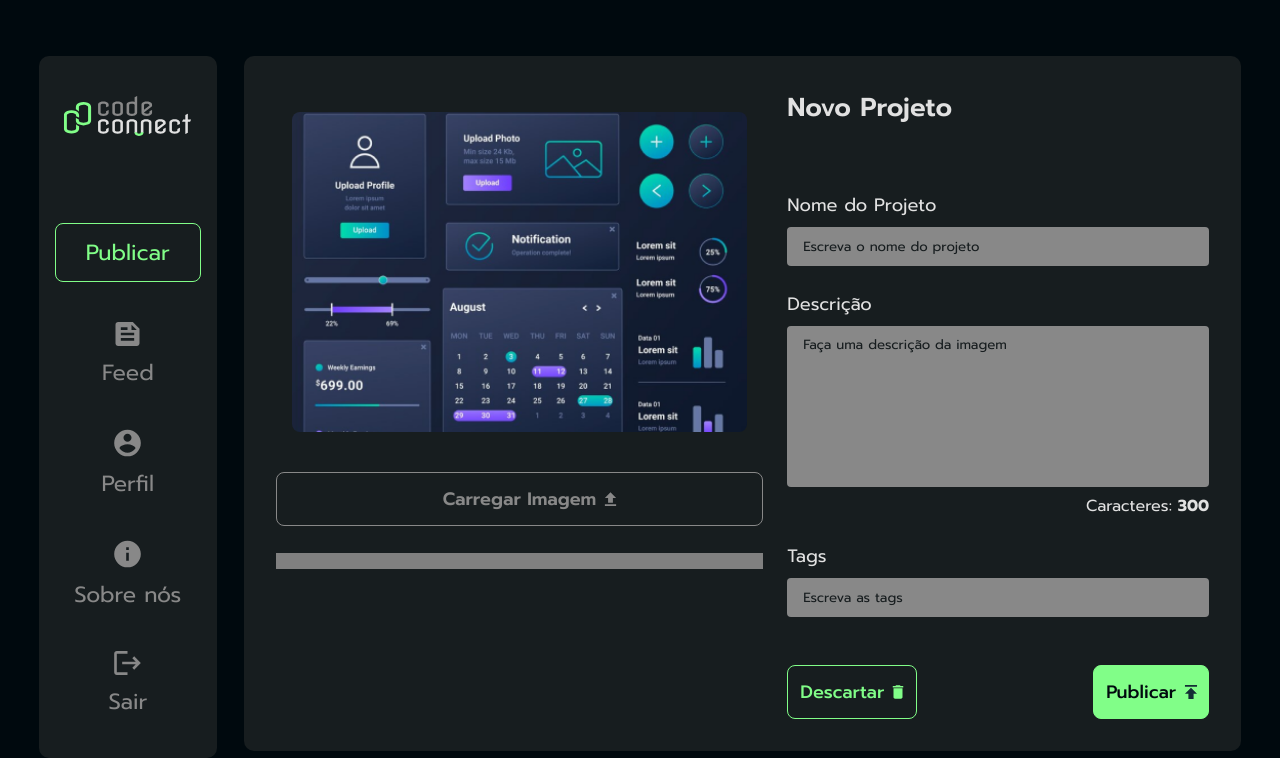
Repository: joaoPraiaJunior/async_await
Page: index.html
The author's editor kept a copy of each file at every save. The page is drawn from the files as they stood at one save, then again after the next save.
The browser window is 1280 px wide. The pictures show the whole page.

Above is the page before, as saved 2024-08-29 20:52:48.

After the next save:
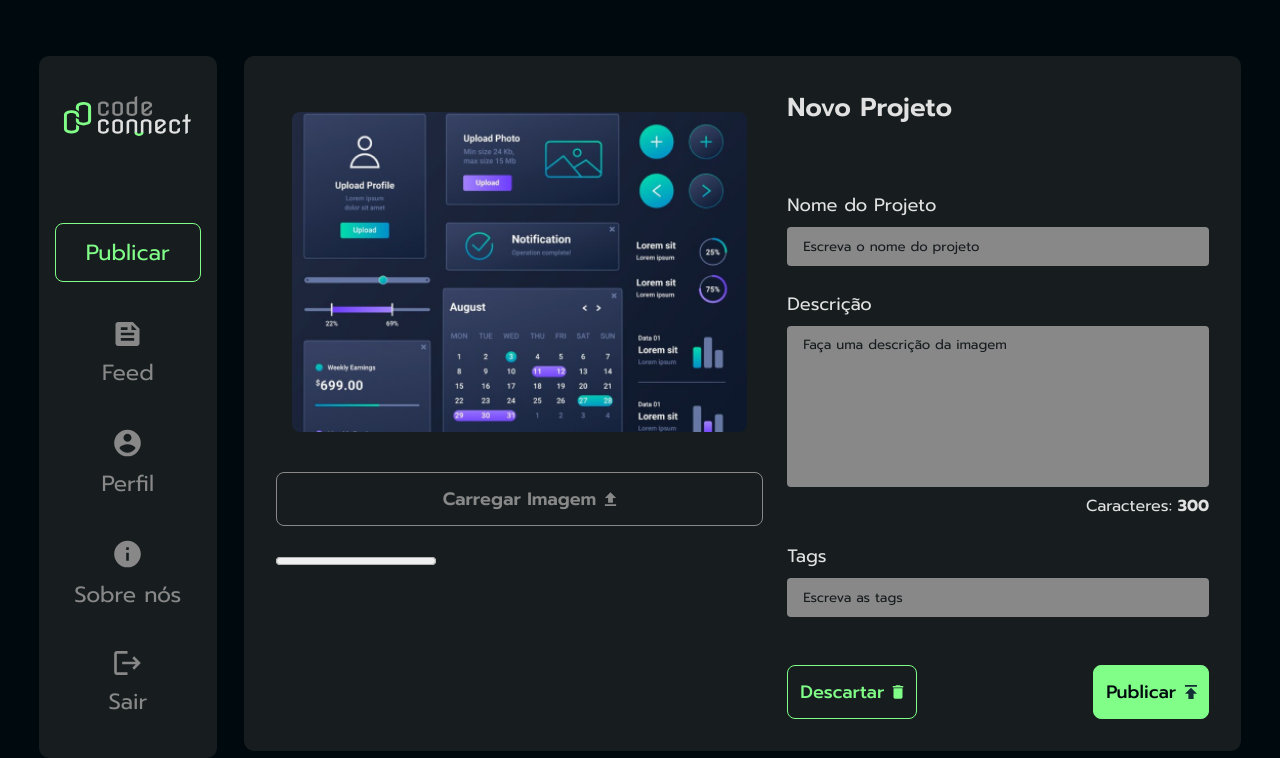
Saved 2 min 23 s later.
--- a/css/styles.css
+++ b/css/styles.css
@@ -305,7 +305,7 @@
  display: none;
 }
 
-.c-barra-de-progresso__progresso {
+.c-barra-de-progresso__progresso::-webkit-progress-bar {
   background-color: var(--cor-primaria);
   border-radius: 0.8rem;
   width: 100%;

After the save that followed:
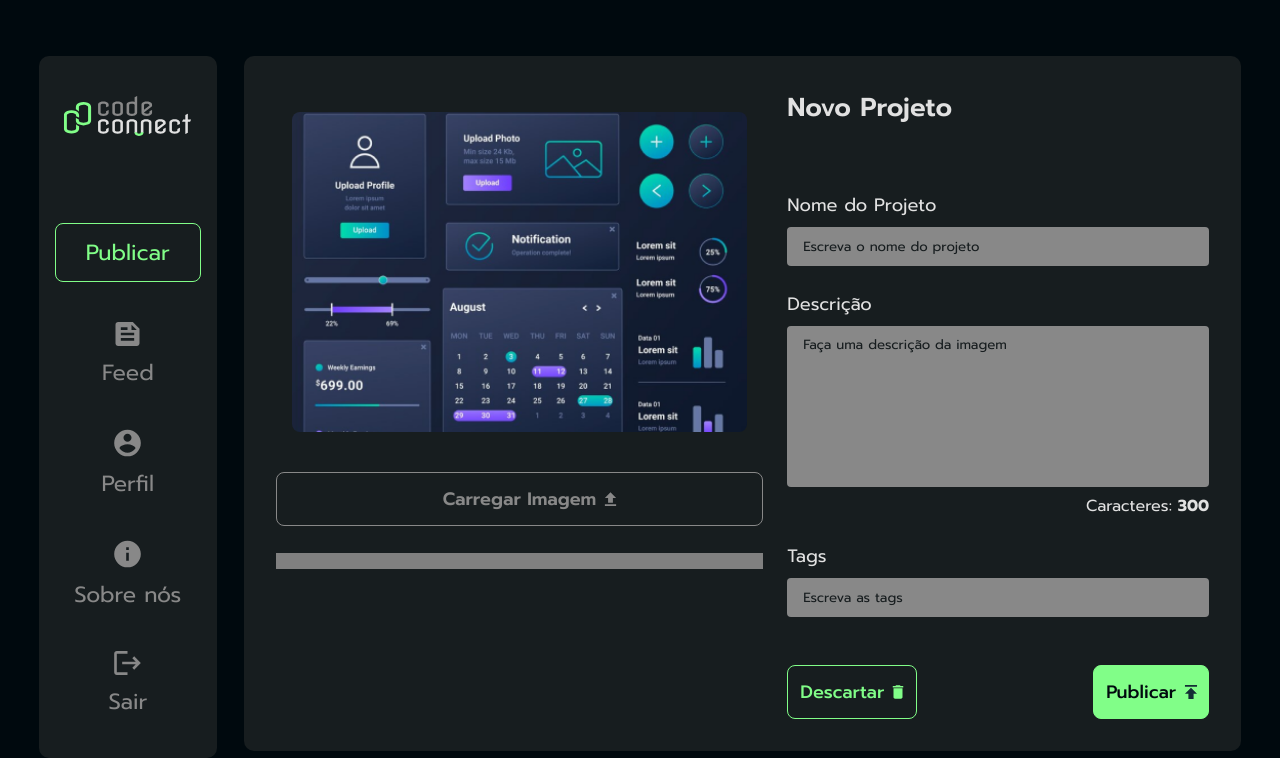
Saved 20 s later.
--- a/css/styles.css
+++ b/css/styles.css
@@ -305,7 +305,7 @@
  display: none;
 }
 
-.c-barra-de-progresso__progresso::-webkit-progress-bar {
+.c-barra-de-progresso__progresso {
   background-color: var(--cor-primaria);
   border-radius: 0.8rem;
   width: 100%;
